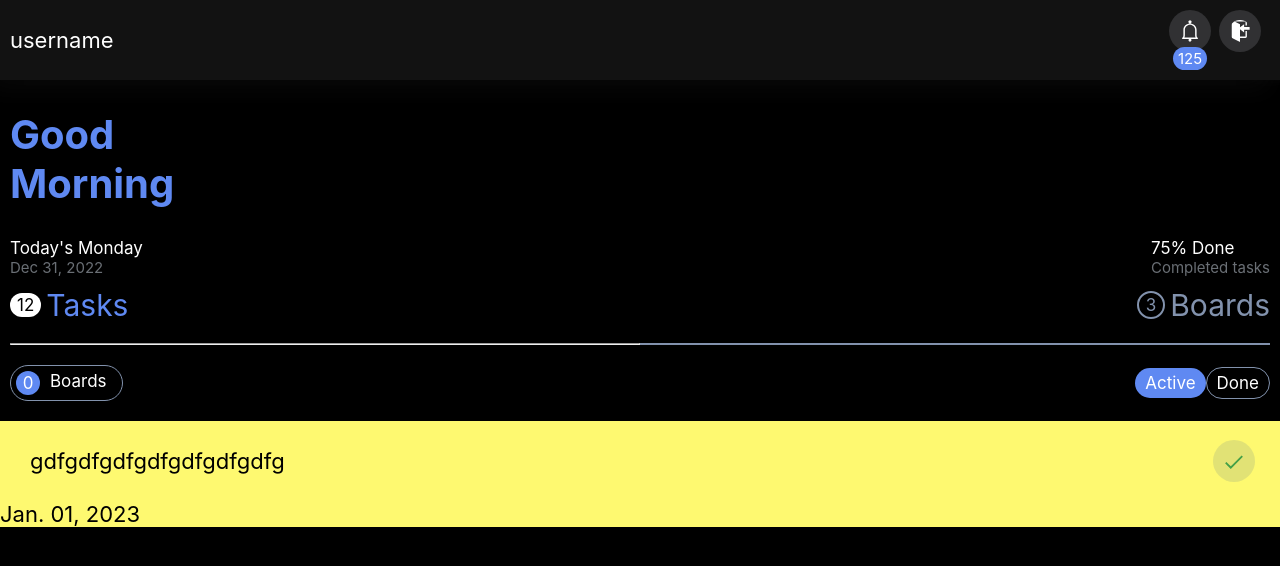
Repository: ShindanoSingi/todo-app
Page: /
An editor plug-in stored every save of this project. The page is shown before and after the next save, followed by the edit.
The browser window is 1280 px wide. The pictures show the whole page.
The project was rebuilt for these pictures with package versions that can differ from the ones it lists, and the page was loaded fresh each time. Also part of the build but not shown: src/pages/LandingPage.js.

Above is the page before, as saved 2023-01-01 19:46:15.

### src/index.css
* {
  font-size: 22px;
  margin: 0;
  padding: 0;
}

body {
  margin: 0;
  padding: 0;
  font-family: -apple-system, BlinkMacSystemFont, 'Segoe UI', 'Roboto', 'Oxygen',
    'Ubuntu', 'Cantarell', 'Fira Sans', 'Droid Sans', 'Helvetica Neue',
    sans-serif;
  -webkit-font-smoothing: antialiased;
  -moz-osx-font-smoothing: grayscale;
}

code {
  font-family: source-code-pro, Menlo, Monaco, Consolas, 'Courier New',
    monospace;
}

.signin-icon-signin-text-container {
  display: flex;
  align-items: center;
  flex-direction: column;
}

.bell-icon-bell-num-container {
  display: flex;
  flex-direction: column;
  align-items: center;
  margin-left: 20px;
}

.signin-text {
  display: none;
}

.bell-num,
.signin-text {
  font-size: 15px;
}

.bell-num {
  text-align: center;
  color: #fff;
  padding: 2px 5px;
  background-color: #5f89f2;
  border-radius: 50px;
  margin-top: -5px;
}

.bell-icon,
.signin-icon {
  color: white;
  padding: 10px;
  border-radius: 50px;
  background-color: #313133;
}

div.signin-icon-signin-text-container:hover p.signin-text {
  display: block;
}

.bell-icon-signin-container {
  display: grid;
  grid-template-columns: 60px 60px;
}

.username,
.signin-text {
  color: #fff;
}

.nav-bar {
  display: flex;
  align-items: center;
  justify-content: space-between;
  padding: 10px;
  background: #121212;
  box-shadow: -11px 11px 22px #070707, 11px -11px 22px #1d1d1d;
}

h1 {
  position: absolute;
  top: 10%;
  z-index: 1;
}

h2 {
  font-size: 40px;
  color: #5f89f2;
}

.salutation-container {
  margin-top: 30px;
  padding-left: 10px;
}

.day,
.percent,
.small-boards,
.done,
.active {
  font-size: 17px;
  color: #ffffff;
}

.date,
.completed {
  font-size: 15px;
  color: #6a6f75;
}

.day-to-percent-container {
  display: flex;
  justify-content: space-between;
  padding: 10px;
  margin-top: 20px;
}

.tasks-num {
  text-align: center;
  font-size: 17px;
  background: #ffff;
  padding: 2px 7px;
  border-radius: 50px;
  height: 20px;
}

.tasks {
  font-size: 30px;
  font-weight: light;
  color: #5f89f2;
}

.boards-num {
  font-size: 17px;
  color: #8292ad;
  border: 2px solid #8292ad;
  padding: 2px 7px;
  border-radius: 50px;
  height: 20px;
}

.big-boards {
  font-size: 30px;
  font-weight: light;
  color: #8292ad;
}

.tasks-num-tasks-container,
.boards-num-boards-container {
  display: flex;
  align-items: center;
  gap: 5px;
}

.line-tasks {
  width: 50%;
}

.line-boards {
  width: 50%;
  border: 1px solid #8292ad;
}

.line-tasks-ine-boards-container {
  display: flex;
  justify-content: space-between;
  /* margin-top: 10px; */
  padding: 0 10px;
}

.tasks-to-boards-container {
  display: flex;
  justify-content: space-between;
  padding: 0 10px;
}

.num-boards {
  font-size: 17px;
  text-align: center;
  color: #fff;
  background: #5f89f2;
  padding: 2px;
  border-radius: 50px;
  height: 20px;
  width: 20px;
}

.small-boards {
  color: #fff;
}

.num-boards-small-boards-container {
  display: flex;
  gap: 10px;
  border: 1px solid #8292ad;
  padding: 5px;
  border-radius: 50px;
  padding-right: 15px;
}

.active {
  text-align: center;
  background: #5f89f2;
  padding: 0px 10px;
  border-radius: 50px;
  padding: 5px 10px;
}

.done {
  display: flex;
  gap: 10px;
  border: 1px solid #8292ad;
  border-radius: 50px;
  padding: 5px 10px;
}

.active-done-container {
  display: flex;
  align-items: center;
}

.num-boards-to-small-boards-container {
  display: flex;
  justify-content: space-between;
  align-items: center;
  padding: 0 10px;
}

.task-title {
  word-wrap: break-word;
  padding: 5px;
  width: 80%;
}

.check-circle-icon {
  color: white;
  padding: 10px;
  border-radius: 50px;
  background: rgba(121, 141, 139, 0.21);
}

.todo-card {
  margin: 0 10px;
  padding: 15px;
  min-height: 50px;
  border-radius: 30px;
  display: flex;
  align-items: center;
  justify-content: space-between;
}

.todos-container {
  display: flex;
  flex-direction: column;
  gap: 5px;
  max-height: 290px;
  overflow-y: scroll;
  padding-bottom: 5px 0px;
}

.main {
  display: flex;
  flex-direction: column;
  gap: 20px;
}

/* Credit: Cole McCombs; */
.landing-page-wrapper {
  height: 100%;
  display: flex;
  flex-direction: column;
  align-items: center;
  justify-content: center;
}

/* Credit: Cole McCombs; */
.button {
  min-width: 150px;
  min-height: 40px;
  font-family: 'Nunito', sans-serif;
  font-size: 22px;
  text-transform: uppercase;
  letter-spacing: 1.3px;
  font-weight: 700;
  color: #313133;
  background: #37b7ff;
  background: linear-gradient(
    90deg,
    rgb(59, 123, 190) 0%,
    rgb(29, 181, 228) 100%
  );
  border: none;
  border-radius: 1000px;
  box-shadow: 12px 12px 24px rgba(28, 120, 186, 0.64);
  transition: all 0.3s ease-in-out 0s;
  cursor: pointer;
  outline: none;
  position: absolute;
  top: 85%;
  padding: 10px;
}

/* Credit: Cole McCombs; */
button::before {
  content: '';
  border-radius: 1000px;
  min-width: calc(150px + 12px);
  min-height: calc(40px + 12px);
  border: 6px solid #008cff;
  box-shadow: 0 0 60px rgba(25, 150, 233, 0.64);
  position: absolute;
  top: 50%;
  left: 50%;
  transform: translate(-50%, -50%);
  opacity: 0;
  transition: all 0.3s ease-in-out 0s;
}

/* Credit: Cole McCombs; */
.button:hover,
.button:focus {
  color: #bfbfd4;
  transform: translateY(-6px);
}

/* Credit: Cole McCombs; */
button:hover::before,
button:focus::before {
  opacity: 1;
}

/* Credit: Cole McCombs; */
button::after {
  content: '';
  width: 30px;
  height: 30px;
  border-radius: 100%;
  border: 6px solid #0f8bdd;
  position: absolute;
  z-index: -1;
  top: 50%;
  left: 50%;
  transform: translate(-50%, -50%);
  animation: ring 1.5s infinite;
}

/* Credit: Cole McCombs; */
button:hover::after,
button:focus::after {
  animation: none;
  display: none;
}

/* Credit: Cole McCombs; */
@keyframes ring {
  0% {
    width: 20px;
    height: 20px;
    opacity: 1;
  }
  100% {
    width: 150px;
    height: 150px;
    opacity: 0;
  }
}

.landing-page-image {
  position: fixed;
  width: 100%;
  height: 100%;
}

.landing-page-image {
  -webkit-animation: anim 8s infinite linear;
  animation: anim 8s infinite linear;
}

@-webkit-keyframes anim {
  from {
    -webkit-transform: rotateY(0deg);
  }
  to {
    -webkit-transform: rotateY(90deg);
  }
}

@keyframes anim {
  from {
    transform: rotateY(90deg);
  }
  to {
    transform: rotateY(0deg);
  }
}

.container {
  height: 100%;
  width: 100%;
  position: fixed;
  background-color: #000000;
}

### src/App.js
import Todos from './pages/Todos'

import LandingPage from './pages/LandingPage'

function App() {
  return (
    <div className="">
      {/* <LandingPage /> */}
      <Todos />
    </div>
  )
}

export default App

### src/pages/Todos.js
import React from 'react'
import checkbox from '../assests/check.svg'
import { RxBell } from 'react-icons/rx'
import { GoSignIn } from 'react-icons/go'
import { FcCheckmark } from 'react-icons/fc'

function Todos() {
    let color = "#FEF970"
    return (
        <div className='container'>
            <div className='todos-wrapper'>
                <nav className='nav-bar'>
                    <p className='username'>username</p>
                    <div className='bell-icon-signin-container'>
                        <div className='bell-icon-bell-num-container'>
                            <RxBell className='bell-icon' />
                            <p className='bell-num'>125</p>
                        </div>
                        <div className='signin-icon-signin-text-container'>
                            <GoSignIn className='signin-icon' />
                            <p className='signin-text'>Sign In</p>
                        </div>

                    </div>
                </nav>
                <div className='salutation-container'>
                    <h2 className='good-text'>Good</h2>
                    <h2 className='morning-text'>Morning</h2>
                </div>

                <div className='day-to-percent-container'>
                    <div className='day-date-container'>
                        <p className='day'>Today's Monday</p>
                        <p className='date'>Dec 31, 2022</p>
                    </div>
                    <div className='percent-completed-container'>
                        <p className='percent'>75% Done</p>
                        <p className='completed'>Completed tasks</p>
                    </div>
                </div>
                <main className='main'>
                    <div className='tasks-to-boards-container'>
                        <div className='tasks-num-tasks-container'>
                            <p className='tasks-num'>12</p>
                            <p className='tasks'>Tasks</p>
                        </div>
                        <div className='boards-num-boards-container'>
                            <p className='boards-num'>3</p>
                            <p className='big-boards'>Boards</p>
                        </div>
                    </div>
                    <div className='line-tasks-ine-boards-container'>
                        <hr className='line-tasks' />
                        <hr className='line-boards' />
                    </div>

                    <div className='num-boards-to-small-boards-container'>
                        <div className='num-boards-small-boards-container'>
                            <p className='num-boards'>0</p>
                            <p className='small-boards'>Boards</p>
                        </div>
                        <div className='active-done-container'>
                            <p className='active'>Active</p>
                            <p className='done'>Done</p>
                        </div>
                    </div>
                    <div className='todos-container'>
                        <div style={{ backgroundColor: color }}>
                            <div className='todo-card'>
                                <p className='task-title'>gdfgdfgdfgdfgdfgdfgdfg</p>
                                < FcCheckmark className='check-circle-icon' />
                            </div>
                            <p className=''>Jan. 01, 2023</p>
                        </div>

                    </div>

                </main>
            </div>
        </div>
    )
}

export default Todos

Loaded but not shown: public/index.html (common file); src/index.js (common file); src/reportWebVitals.js (common file)

After the next save:
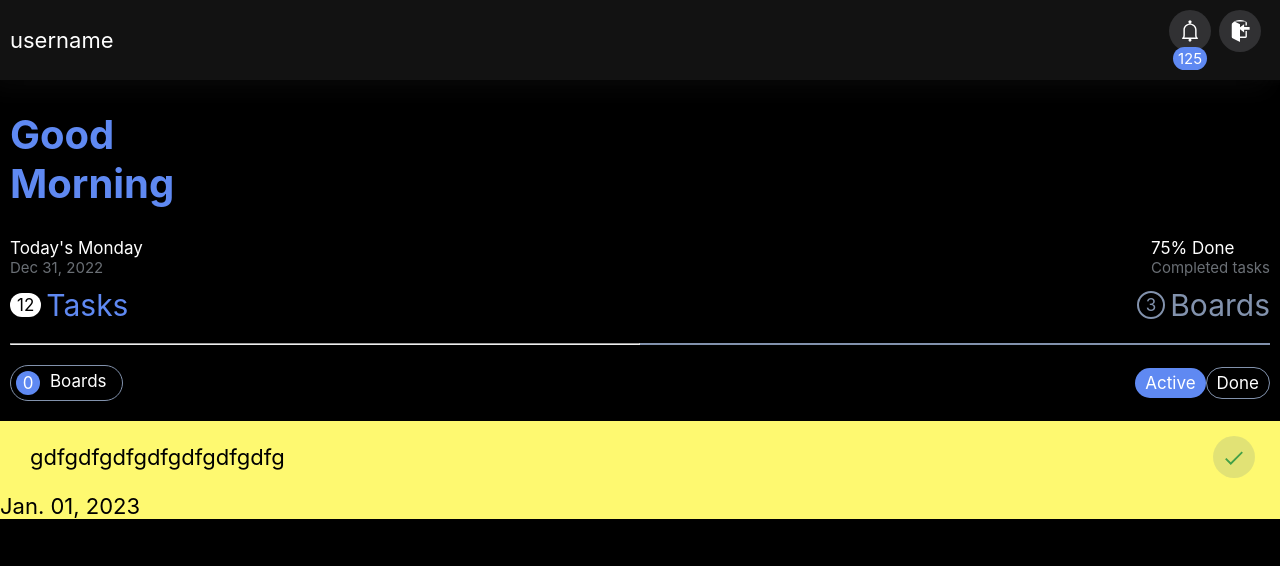
Saved 18 s later.
--- a/src/index.css
+++ b/src/index.css
@@ -246,7 +246,7 @@ h2 {
 .todo-card {
   margin: 0 10px;
   padding: 15px;
-  min-height: 50px;
+  min-height: 30px;
   border-radius: 30px;
   display: flex;
   align-items: center;
